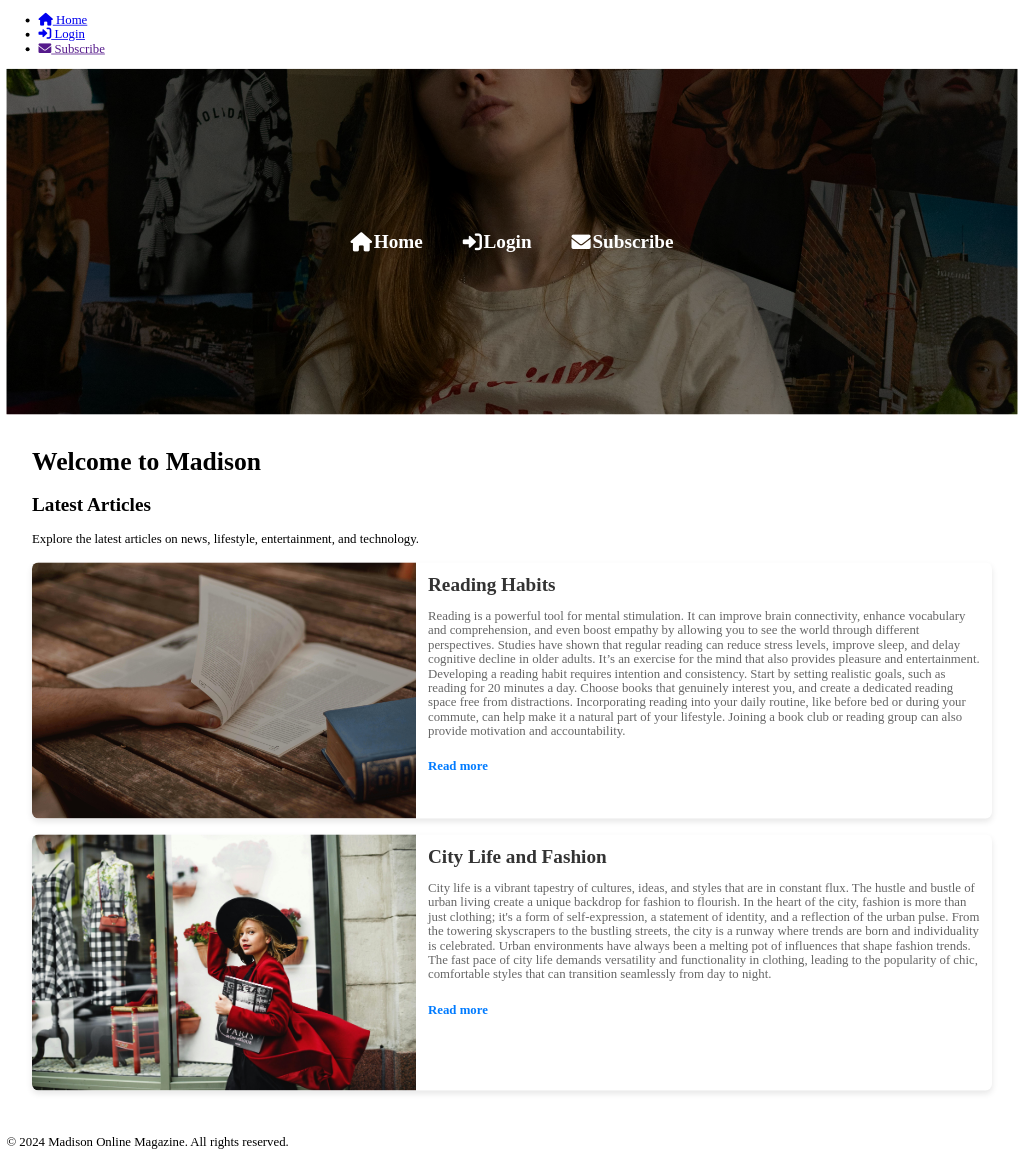
Repository: Anukb/Madison-Magazine-
Page: myapp/templates/home.html
These files come from the project's save history. The page is drawn as it stood at one moment and after the next save; the edit follows.
The browser window is 1280 px wide. The pictures show the whole page, at 80% of full size.
The template is drawn by Django 5.2. The application's start-up code is not run. Other server files are loaded and not shown. The template is opened directly, without the code that normally fills it, so the values that code supplies are empty.

Above is the page before, as saved 2024-09-06 14:29:39.

### myapp/templates/home.html
<!DOCTYPE html>
<html lang="en">
<head>
    {% load static %}
    <meta charset="UTF-8">
    <meta name="viewport" content="width=device-width, initial-scale=1.0">
    <title>Madison Online Magazine</title>
    <link rel="stylesheet" href="https://cdnjs.cloudflare.com/ajax/libs/font-awesome/6.0.0-beta3/css/all.min.css">
    <link rel="stylesheet" type="text/css" href="{% static 'css/style.css' %}">
</head>
<body>
    <header>
        <nav>
            <ul>
                <li><a href="{% url 'home' %}"><i class="fas fa-home"></i> Home</a></li>
                <li><a href="{% url 'register' %}"><i class="fas fa-sign-in-alt"></i> Login</a></li>
                <li><a href=""><i class="fas fa-envelope"></i> Subscribe</a></li>
            </ul>
        </nav>
    </header>

    <main>
        <div class="image-container">
            <img src="{% static 'images/img1.jpg' %}" alt="Cover Image">
            <div class="overlay">
                <nav class="overlay-nav">
                    <ul>
                        <li><a href="{% url 'home' %}"><i class="fas fa-home"></i> Home</a></li>
                        <li><a href=""><i class="fas fa-sign-in-alt"></i> Login</a></li>
                        <li><a href=""><i class="fas fa-envelope"></i> Subscribe</a></li>
                    </ul>
                </nav>
            </div>
        </div>

        <div class="container">
            <h1>Welcome to Madison</h1>
            <section>
                <h2>Latest Articles</h2>
                <p>Explore the latest articles on news, lifestyle, entertainment, and technology.</p>

                <!-- Article cards -->
                <div class="card">
                    <img src="{% static 'images/img2.jpg' %}" alt="Article 1 Image" class="card-img">
                    <div class="card-content">
                        <h3>Reading Habits</h3>
                        <p>Reading is a powerful tool for mental stimulation. It can improve brain connectivity, enhance vocabulary and comprehension, and even boost empathy by allowing you to see the world through different perspectives. Studies have shown that regular reading can reduce stress levels, improve sleep, and delay cognitive decline in older adults. It’s an exercise for the mind that also provides pleasure and entertainment. Developing a reading habit requires intention and consistency. Start by setting realistic goals, such as reading for 20 minutes a day. Choose books that genuinely interest you, and create a dedicated reading space free from distractions. Incorporating reading into your daily routine, like before bed or during your commute, can help make it a natural part of your lifestyle. Joining a book club or reading group can also provide motivation and accountability.</p>
                        <a href="#" class="read-more">Read more</a>
                    </div>
                </div>
                <div class="card">
                    <img src="{% static 'images/img4.jpg' %}" alt="Article 2 Image" class="card-img">
                    <div class="card-content">
                        <h3>City Life and Fashion</h3>
                        <p>City life is a vibrant tapestry of cultures, ideas, and styles that are in constant flux. The hustle and bustle of urban living create a unique backdrop for fashion to flourish. In the heart of the city, fashion is more than just clothing; it's a form of self-expression, a statement of identity, and a reflection of the urban pulse. From the towering skyscrapers to the bustling streets, the city is a runway where trends are born and individuality is celebrated. Urban environments have always been a melting pot of influences that shape fashion trends. The fast pace of city life demands versatility and functionality in clothing, leading to the popularity of chic, comfortable styles that can transition seamlessly from day to night.</p>
                        <a href="#" class="read-more">Read more</a>
                    </div>
                </div>
            </section>
        </div>
    </main>

    <footer>
        <p>&copy; 2024 Madison Online Magazine. All rights reserved.</p>
    </footer>
</body>
</html>

### magazinep/static/css/style.css
/* Header styling */
header {
    position: relative;
}

.header-nav {
    position: absolute;
    top: 0;
    left: 0;
    width: 100%;
    background: rgba(0, 0, 0, 0.7); /* Semi-transparent background for better text visibility */
}

.header-nav__inner {
    display: flex;
    justify-content: space-between;
    align-items: center;
    padding: 10px 20px; /* Adjust padding as needed */
}

.brand img {
    height: 150px; /* Reduced height for the logo */
    object-fit: contain;
}

/* Responsive adjustments */
@media (max-width: 768px) {
    .header-nav__inner {
        flex-direction: column;
        align-items: flex-start;
    }

    .brand img {
        height: 100px; /* Further reduced height for smaller screens */
    }
}

/* Image container styling */
.image-container {
    position: relative;
    height: 60vh; /* Adjust height as needed */
    overflow: hidden;
}

.image-container img {
    width: 100%;
    height: 100%;
    object-fit: cover;
    position: absolute;
    top: 0;
    left: 0;
}

.overlay {
    position: absolute;
    top: 0;
    left: 0;
    width: 100%;
    height: 100%;
    display: flex;
    justify-content: center;
    align-items: center;
    background: rgba(0, 0, 0, 0.5); /* Optional: dark overlay for better text visibility */
}

.overlay-nav ul {
    list-style: none;
    padding: 0;
    margin: 0;
    display: flex;
    gap: 20px;
}

.overlay-nav a {
    color: #fff; /* Text color */
    text-decoration: none;
    font-size: 24px; /* Adjust font size as needed */
    font-weight: bold;
}

.overlay-nav a:hover {
    text-decoration: underline;
}

/* Container styling */
.container {
    max-width: 1200px;
    margin: 0 auto;
    padding: 20px;
}

/* Card styling */
.card {
    display: flex;
    flex-direction: column;
    background-color: #fff;
    border-radius: 8px;
    box-shadow: 0 4px 8px rgba(0, 0, 0, 0.1);
    margin: 20px 0;
    overflow: hidden;
    transition: transform 0.3s;
}

.card:hover {
    transform: translateY(-5px);
}

.card-img {
    width: 100%;
    height: 200px; /* Adjust as needed */
    object-fit: cover;
}

.card-content {
    padding: 15px;
}

.card h3 {
    margin: 0 0 10px;
    font-size: 1.5em;
    color: #333;
}

.card p {
    font-size: 1em;
    color: #666;
}

.read-more {
    display: inline-block;
    margin-top: 10px;
    color: #007BFF;
    text-decoration: none;
    font-weight: bold;
}

.read-more:hover {
    text-decoration: underline;
}

/* Responsive adjustments for cards */
@media (min-width: 600px) {
    .card {
        flex-direction: row;
    }

    .card-img {
        width: 40%;
        height: auto;
    }

    .card-content {
        width: 60%;
    }
}
/* Overlay navigation styling */
.overlay-nav ul {
    list-style: none;
    padding: 0;
    margin: 0;
    display: flex;
    gap: 50px; /* Increased space between navigation items */
}

.overlay-nav a {
    color: #fff; /* Text color */
    text-decoration: none;
    font-size: 24px; /* Adjust font size as needed */
    font-weight: bold;
    display: flex;
    align-items: center; /* Align icon and text */
    gap: 2px; /* Space between icon and text */
}

.overlay-nav a:hover {
    text-decoration: underline;
}

After the next save:
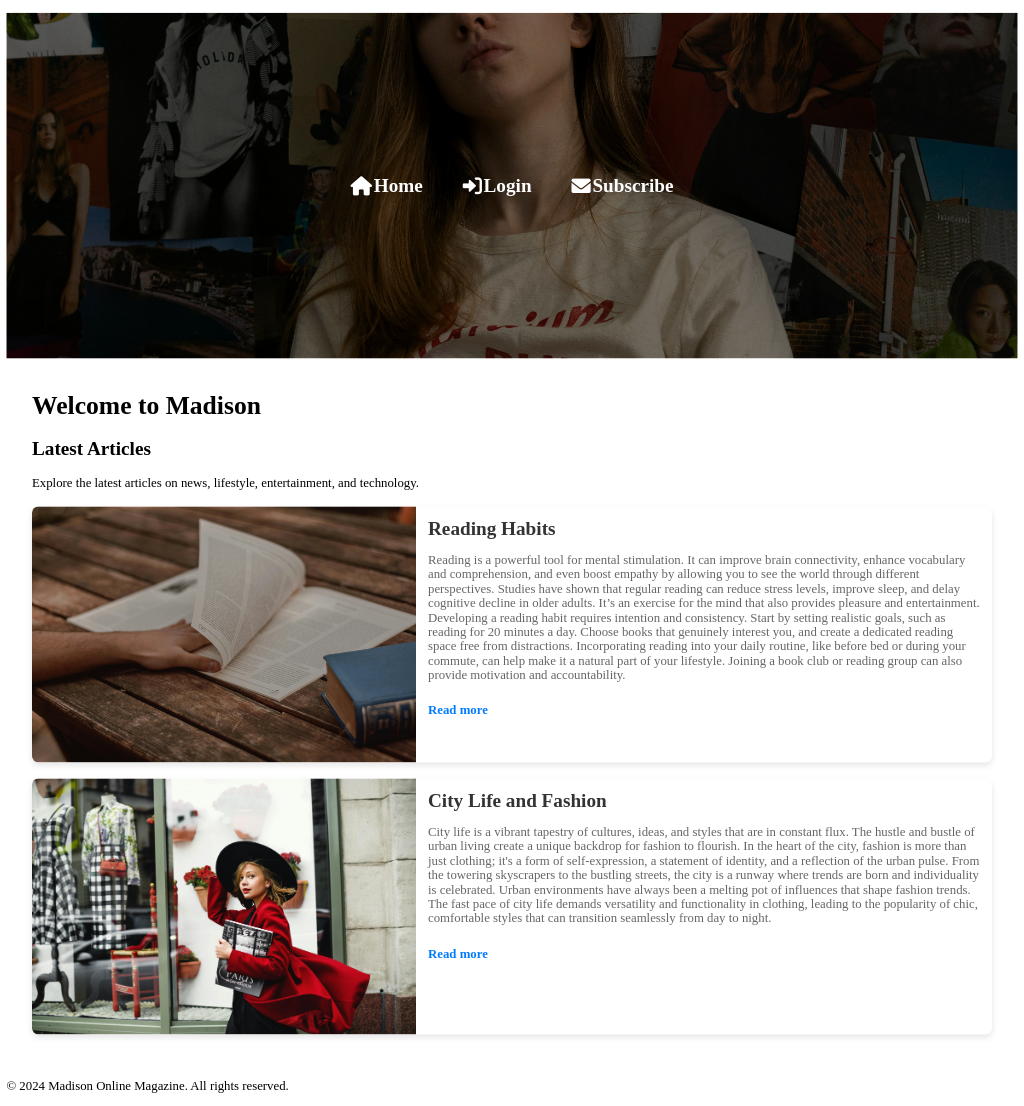
Saved 2 min 21 s later.
--- a/myapp/templates/home.html
+++ b/myapp/templates/home.html
@@ -12,9 +12,7 @@
     <header>
         <nav>
             <ul>
-                <li><a href="{% url 'home' %}"><i class="fas fa-home"></i> Home</a></li>
-                <li><a href="{% url 'register' %}"><i class="fas fa-sign-in-alt"></i> Login</a></li>
-                <li><a href=""><i class="fas fa-envelope"></i> Subscribe</a></li>
+
             </ul>
         </nav>
     </header>
